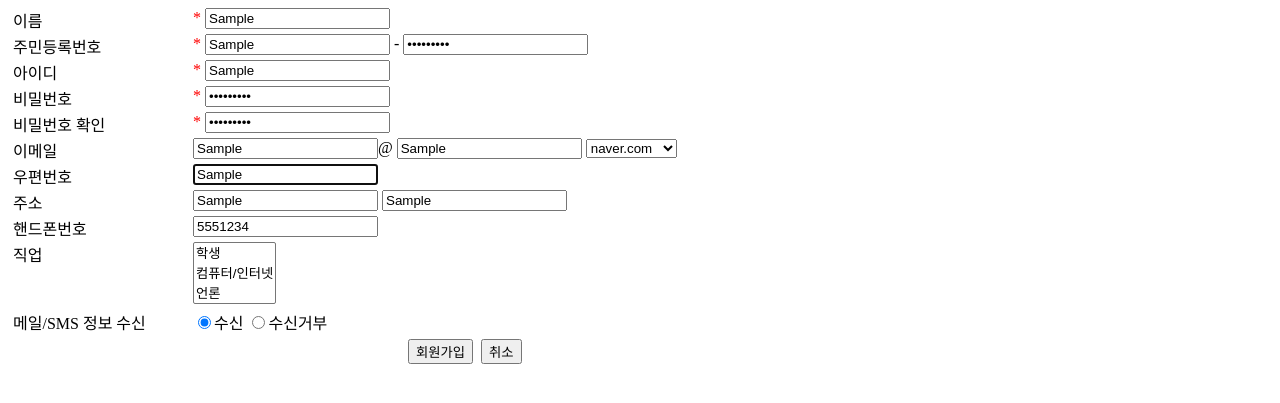
Repository: BartsimisraB/JavaPractice_
Page: http://localhost/JSPpractice2/Join.jsp
The author's editor kept a copy of each file at every save. The page is drawn from the files as they stood at one save, then again after the next save.
The browser window is 1280 px wide. The pictures show the whole page.
Empty fields were first filled with sample values (such as "Sample", 5 or name@example.com).
After loading, the first visible `#confirm` was clicked once.
The page is served by Tomcat 9.

Above is the page before, as saved 2023-01-13 02:42:28.

After the next save:
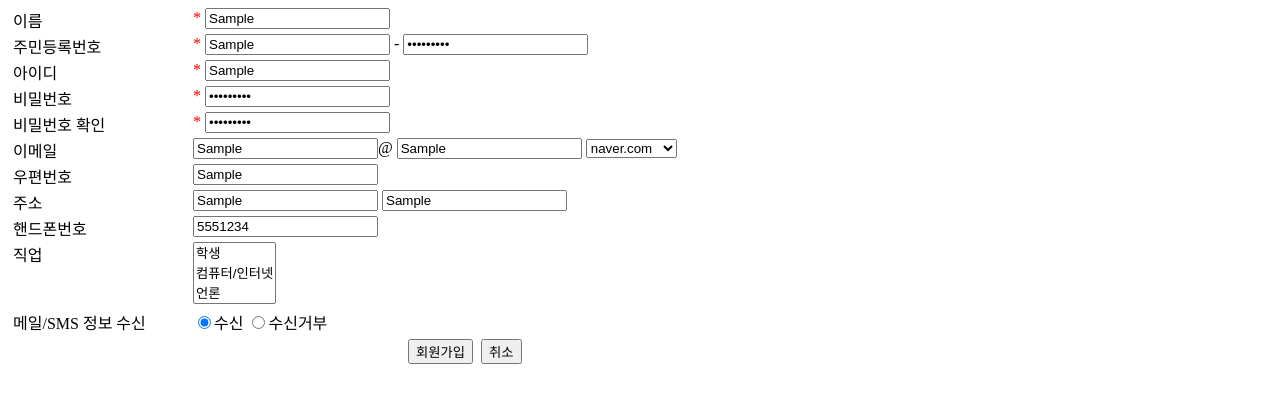
Saved 51 s later.
--- a/JSPpractice2/src/main/webapp/Join.js
+++ b/JSPpractice2/src/main/webapp/Join.js
@@ -4,28 +4,26 @@ function checkform() {
 		alert("이름을 입력하세요");
 		document.fr.name.focus();
 	}
-	else if(document.fr.pernum1.value == "" || document.fr.pernum2.value == ""){
+	else if (document.fr.pernum1.value == "" || document.fr.pernum2.value == "") {
 		alert("주민번호를 전부 입력하세요");
 	}
 	else if (document.fr.id.value == "") {
 		alert("아이디를 입력하세요");
-	} else if (document.fr.pw.value == "") {
+	}
+	else if (document.fr.pw.value == "") {
 		alert("비밀번호를 입력하세요.");
-	} else if (document.fr.pw.value != document.fr.pwcheck.value) {
+	}
+	else if (document.fr.pw.value != document.fr.pwcheck.value) {
 		alert("비밀번호가 일치하지 않습니다");
 	}
-
-	if (document.fr.id.length <= 4) {
+	else if (document.fr.id.length <= 4) {
 		alert("아이디는 4글자 이상 입력해 주세요");
-		document.fr.id.focus();
 	}
 	else if (document.fr.addrnum.value.indexOf('-') == -1) {
 		alert("우편번호는 - 를 포함해 작성해 주세요");
-		document.fr.addrnum.focus();
 	}
 	else if (document.fr.phone.value.indexOf('-') == -1) {
 		alert("핸드폰 번호는 - 를 포함해 작성해 주세요");
-		document.fr.phone.focus();
 	}
 	else {
 		document.fr.submit();
